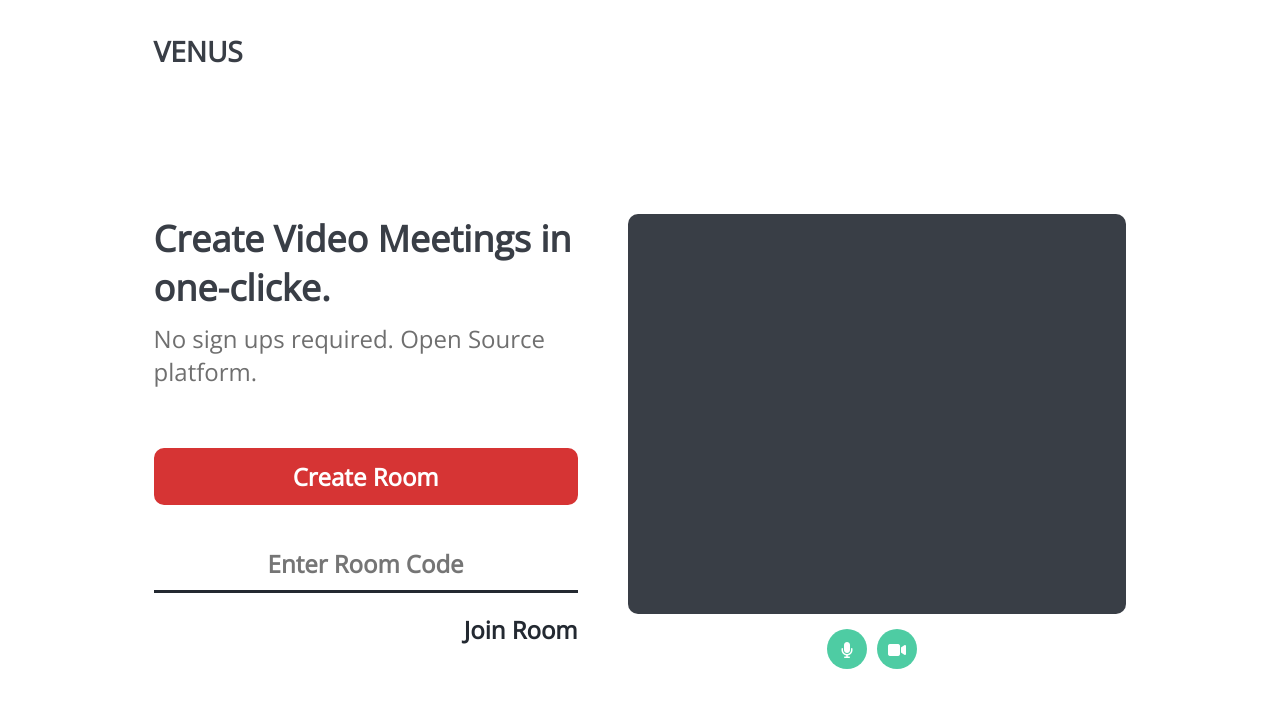
Repository: andrealepori/Venus
Page: public/index.html
The author's editor kept a copy of each file at every save. The page is drawn from the files as they stood at one save, then again after a run of saves.
The browser window is 1280 px wide. The pictures show the whole page.
Some web libraries are served in a nearby version.

Above is the page before, as saved 2021-06-14 12:12:35.

After the next 2 saves:
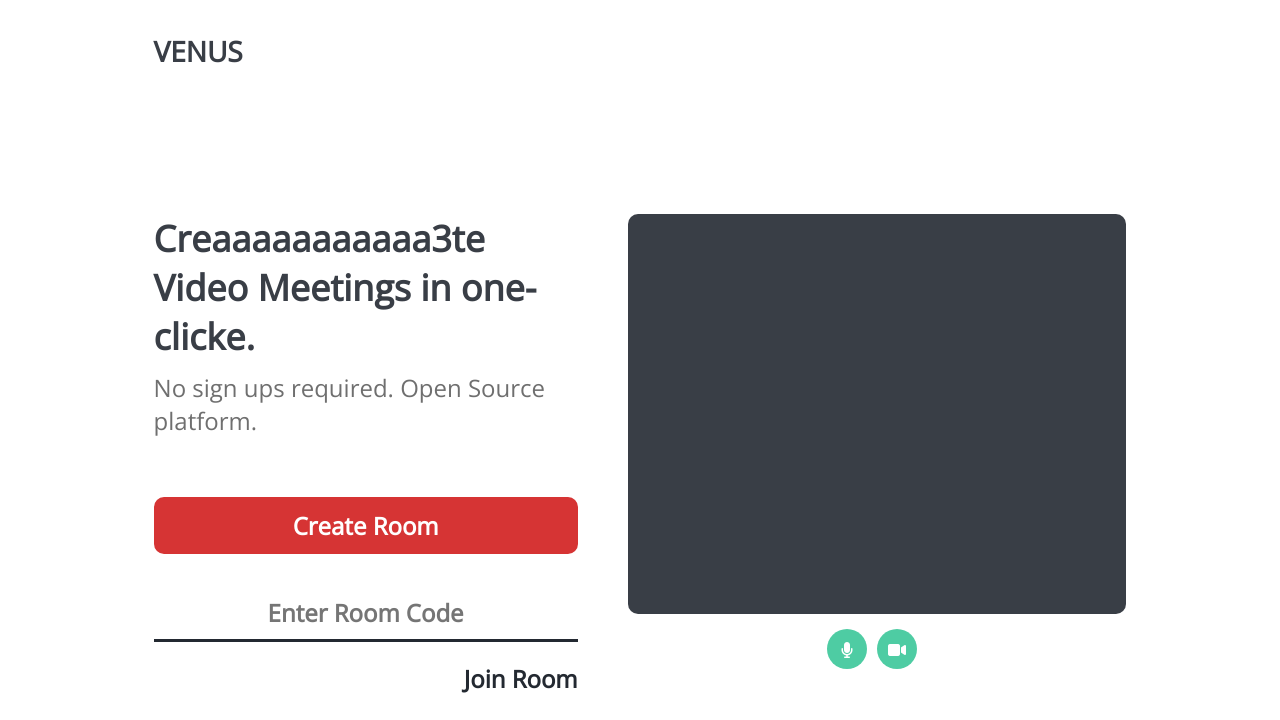
The 2 saves are shown as one change because they came seconds apart.
The last was saved 64 days later.
--- a/public/index.html
+++ b/public/index.html
@@ -16,29 +16,30 @@
         <div class="logo">VENUS</div>
     </navbar>
     <!-- <div class="landing"> -->
-        <!-- <div class="head-cont unselectable">
+    <!-- <div class="head-cont unselectable">
             Welcome to QuickMeet!
         </div> -->
 
-        <div class="main">
-            <div class="create-join">
-                <div class="text"><div class="head">Create Video Meetings in one-clicke.</div>
+    <div class="main">
+        <div class="create-join">
+            <div class="text">
+                <div class="head">Creaaaaaaaaaaa3te Video Meetings in one-clicke.</div>
                 <div class="subtext">No sign ups required. Open Source platform.</div>
-                </div>
-                <button id="createroom" class="createroom-butt unselectable">Create Room</button><br>
-                <input type="text" name="room" spellcheck="false" placeholder="Enter Room Code" id="roomcode" class="roomcode"><br>
-                <div class="joinroom unselectable" id="joinroom">Join Room</div>
             </div>
-            <div class="video-cont">
-                <video class="video-self" autoplay muted playsinline></video>
-                <div class="settings">
-                    <div class="device" id="mic"><i class="fas fa-microphone"></i></div>
-                    <div class="device" id="webcam"><i class="fas fa-video"></i></div>
-                </div>
+            <button id="createroom" class="createroom-butt unselectable">Create Room</button><br>
+            <input type="text" name="room" spellcheck="false" placeholder="Enter Room Code" id="roomcode" class="roomcode"><br>
+            <div class="joinroom unselectable" id="joinroom">Join Room</div>
+        </div>
+        <div class="video-cont">
+            <video class="video-self" autoplay muted playsinline></video>
+            <div class="settings">
+                <div class="device" id="mic"><i class="fas fa-microphone"></i></div>
+                <div class="device" id="webcam"><i class="fas fa-video"></i></div>
             </div>
         </div>
+    </div>
 
-        <!-- <div class="main-cont">
+    <!-- <div class="main-cont">
 
             <form class="roomform" action="room.html" method="GET">
                 <div class="formcont">
